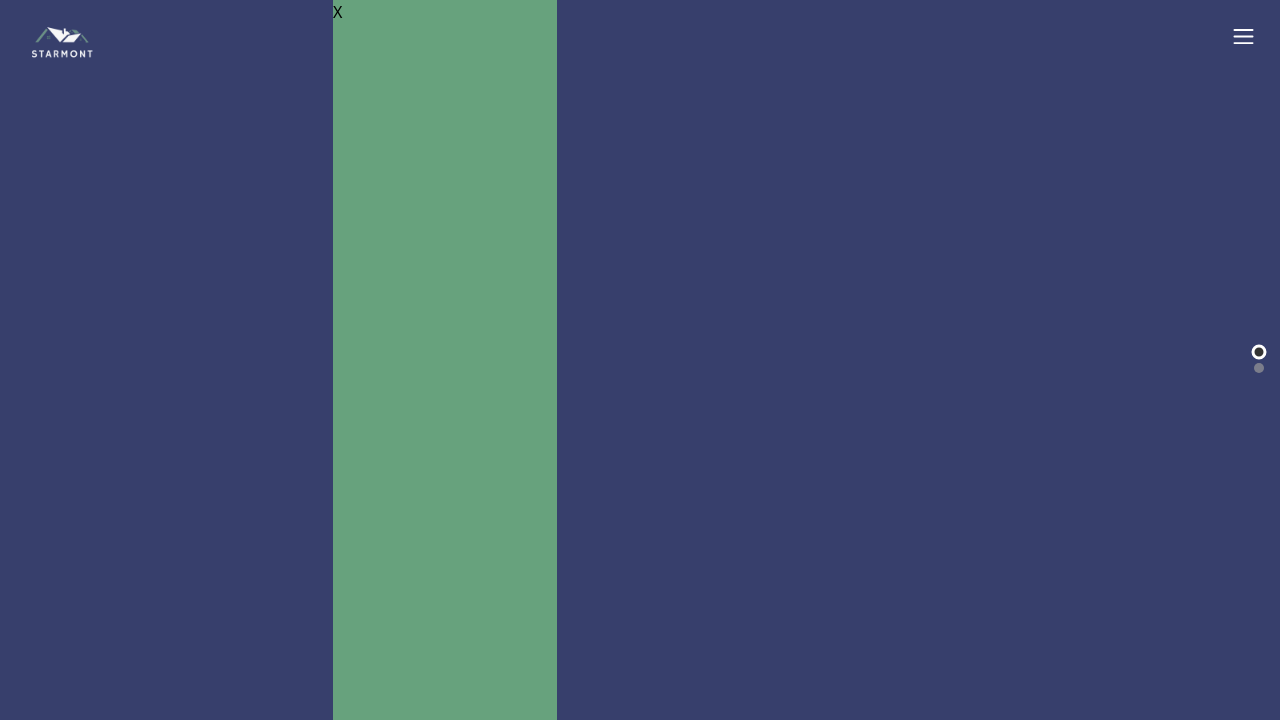
Repository: Mikolaj982/Starmont-website
Page: /
An editor plug-in stored every save of this project. The page is shown before and after the next save, followed by the edit.
The browser window is 1280 px wide. The pictures show the whole page.
The project was rebuilt for these pictures with package versions that can differ from the ones it lists, and the page was loaded fresh each time. The framework's server and built-in components were replaced by stand-ins that run in the browser. Also part of the build but not shown: next.config.js.

Above is the page before, as saved 2024-01-08 07:43:08.

After the next save:
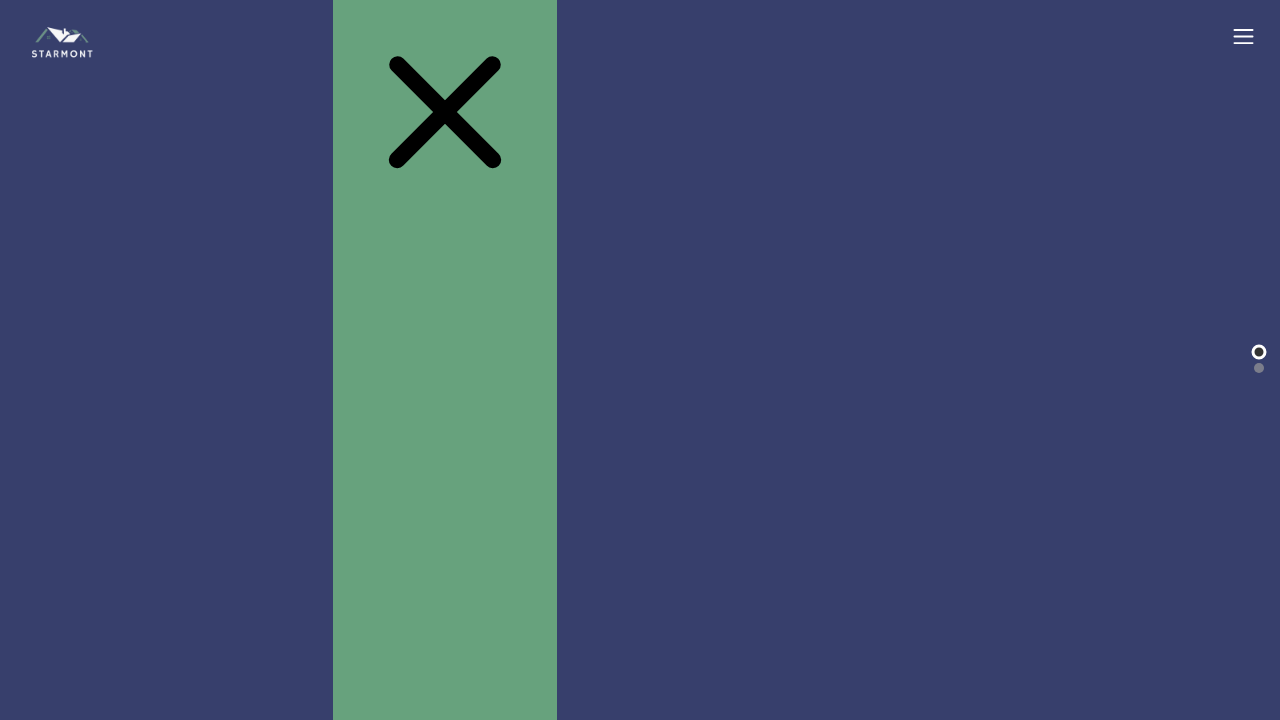
Saved 2 h 5 min later.
--- a/src/app/components/RightSidebar.tsx
+++ b/src/app/components/RightSidebar.tsx
@@ -1,5 +1,6 @@
 'use client'
 import React from 'react'
+import { XMarkIcon } from '@heroicons/react/20/solid';
 
 interface RightSidebarProps {
     setIsOpen: (boolean: boolean) => void;
@@ -10,7 +11,7 @@ const RightSidebar: React.FC<RightSidebarProps> = ({ setIsOpen, isOpen }) => {
 
     return (
         <div className={`w-56 h-[100vh] fixed z-20 bg-[#67A27D] transform transition-transform duration-1000 ease-in-out ${isOpen ? 'translate-x-32' : 'translate-x-[333px]'}`}>
-            <button onClick={() => setIsOpen(false)} className='z-20 top-0'>X</button>
+            <XMarkIcon onClick={() => setIsOpen(false)} className='z-20 top-0' />
         </div>
     )
 }
